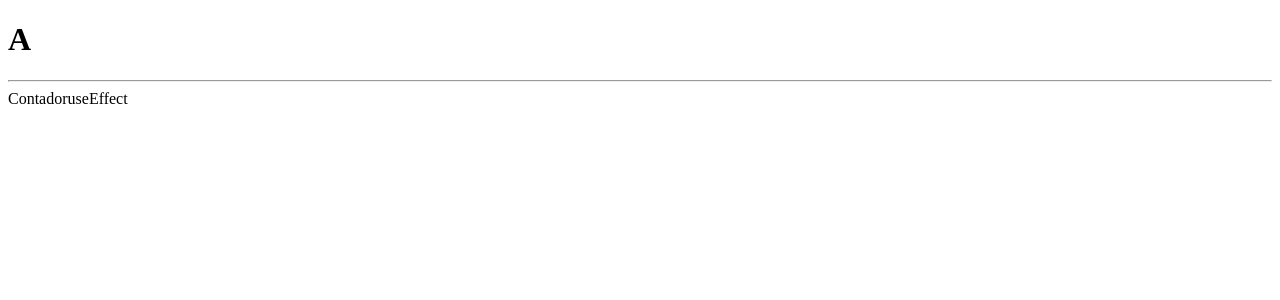
Repository: maxTech2019/Lab-react-C12024
Page: /
These files come from the project's save history. The page is drawn as it stood at one moment and after the next save; the edit follows.
The browser window is 1280 px wide. The pictures show the whole page.
The project was rebuilt for these pictures with package versions that can differ from the ones it lists, and the page was loaded fresh each time. Also part of the build but not shown: vite.config.js, src/component/Productos.jsx.

Above is the page before, as saved 2024-06-04 16:59:22.

After the next save:
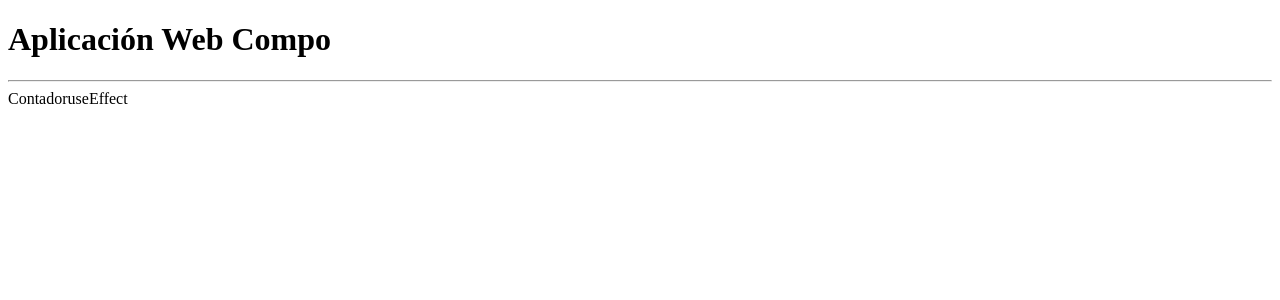
Saved 8 s later.
--- a/src/App.jsx
+++ b/src/App.jsx
@@ -4,7 +4,7 @@ import {ContadoruseEffect} from "./component/ContadoruseEffect";
 const App = () => {
   return (
     <>
-      <h1>A</h1>
+      <h1>Aplicación Web Compo</h1>
       <hr />
       {/* <Contador /> */}
       {/* <Productos/> */}
